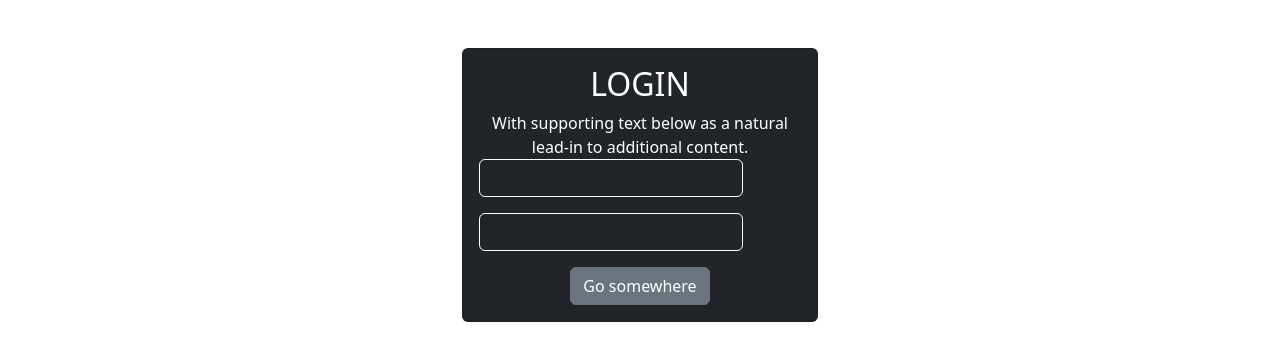
Repository: Rohit1995K/React-redux
Page: /
These files come from the project's save history. The page is drawn as it stood at one moment and after the next save; the edit follows.
The browser window is 1280 px wide. The pictures show the whole page.
The project was rebuilt for these pictures with package versions that can differ from the ones it lists, and the page was loaded fresh each time. Also part of the build but not shown: src/Components/CartItem.js, src/Containers/CartContainer.js, src/Components/Navbar.js.

Above is the page before, as saved 2022-10-25 12:27:22.

### src/App.js
import './App.css';
import 'bootstrap/dist/css/bootstrap.min.css';
import CartContainer from './Containers/CartContainer';
import Navbar from './Components/Navbar';
import Login from './Components/Login/Login';

function App() {
  return (
    <div className="App">
        <Login />
        {/* <CartContainer /> */}
    </div>
  );
}

export default App;

### src/Services/Reducers/index.js
import {combineReducers} from 'redux'
import cardItems from "./reducer";

export default combineReducers({
    cardItems
});

### src/Components/Login/Login.js
import React from "react";
import './login.css';
import { Card,CardBody,CardTitle,CardText,Button,Input,Form,FormGroup,Col } from "reactstrap";


const Login = () => {

    return (
        <div className="container">
        <div className="row">
            <div className="offset-md-4 col-md-4">
                <Card className="mt-5" color="dark" inverse>
                    <CardBody>
                        <CardTitle tag="h2">
                            LOGIN
                        </CardTitle>
                        <CardText>
                            With supporting text below as a natural lead-in to additional content.
                            <Form>
                                <FormGroup row>
                                    <Col sm={10}>
                                        <Input id="exampleEmail" name="email" placeholder="Email" type="email"/>
                                    </Col>
                                </FormGroup>
                                <FormGroup row>
                                    <Col sm={10}>
                                        <Input id="examplePassword" name="password" placeholder="Password" type="password"/>
                                    </Col>
                                </FormGroup>
                            </Form>
                        </CardText>
                        <Button>
                            Go somewhere
                        </Button>
                    </CardBody>
                </Card>
            </div>
        </div>
        </div>
    )
}

export default Login;

### src/Services/Reducers/reducer.js
// import { ADD_TO_CART, REMOVE_FROM_CART } from "../Constant";
import { createSlice } from "@reduxjs/toolkit";
import cardItems from "../../cartItems";

const initialState = {
    cardData : cardItems,
    amount:4,
    total:0,
    isLoader:true
}

const cartSlice = createSlice({
    name: 'cart',
    initialState,
    reducers: {
        clearCart: (state) => {
            state.cardData = []
        },
        removeItem: (state, action) => {
            const itemId = action.payload;
            state.cardData = state.cardData.filter((item) =>
            item.id !== itemId);
        },
        increase: (state, {payload}) => {
            const cardItem = state.cardData.find((item) => item.id === payload.id);
            cardItem.amount = cardItem.amount + 1;
        },
        decrease: (state, {payload}) => {
            const cardItem = state.cardData.find((item) => item.id === payload.id);
            cardItem.amount = cardItem.amount - 1;
        },
    }
})

export const { clearCart , removeItem} = cartSlice.actions;
export default cartSlice.reducer;

### src/Components/Login/login.css

#exampleEmail , #examplePassword{
    background: transparent;
    border: 1px solid #fff
}

### src/cartItems.js
const cartItems = [
    {
        id:'1',
        title:'iphone',
        price:'4000',
        amount:1
    },
    {
        id:'2',
        title:'samsung',
        price:'3500',
        amount:1
    },
    {
        id:'3',
        title:'oneplus',
        price:'3000',
        amount:1
    },
    {
        id:'4',
        title:'Redmi',
        price:'2000',
        amount:1
    },
    {
        id:'5',
        title:'Oppo',
        price:'2500',
        amount:1
    }
]

export default cartItems;

Loaded but not shown: public/index.html (common file); src/index.js (common file); src/index.css (common file); src/reportWebVitals.js (common file); src/App.css (common file)

After the next save:
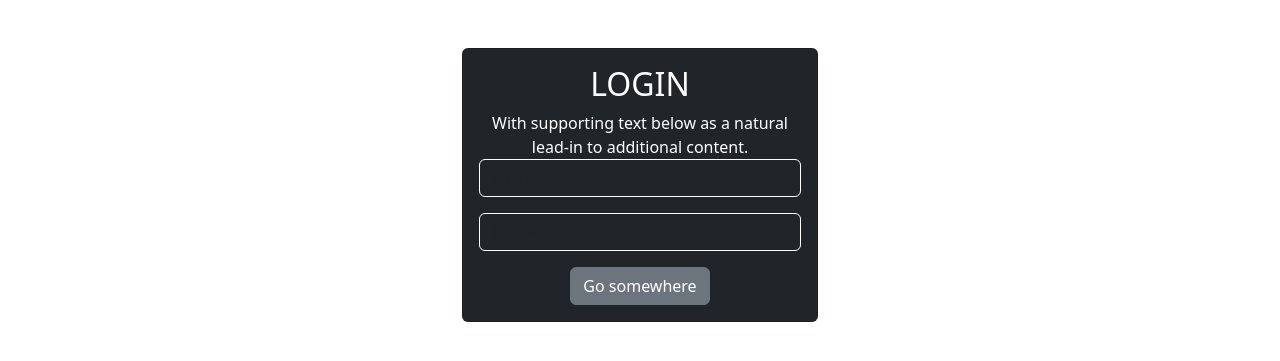
Saved 115 s later.
--- a/src/Components/Login/Login.js
+++ b/src/Components/Login/Login.js
@@ -18,12 +18,12 @@ const Login = () => {
                             With supporting text below as a natural lead-in to additional content.
                             <Form>
                                 <FormGroup row>
-                                    <Col sm={10}>
+                                    <Col>
                                         <Input id="exampleEmail" name="email" placeholder="Email" type="email"/>
                                     </Col>
                                 </FormGroup>
                                 <FormGroup row>
-                                    <Col sm={10}>
+                                    <Col>
                                         <Input id="examplePassword" name="password" placeholder="Password" type="password"/>
                                     </Col>
                                 </FormGroup>
